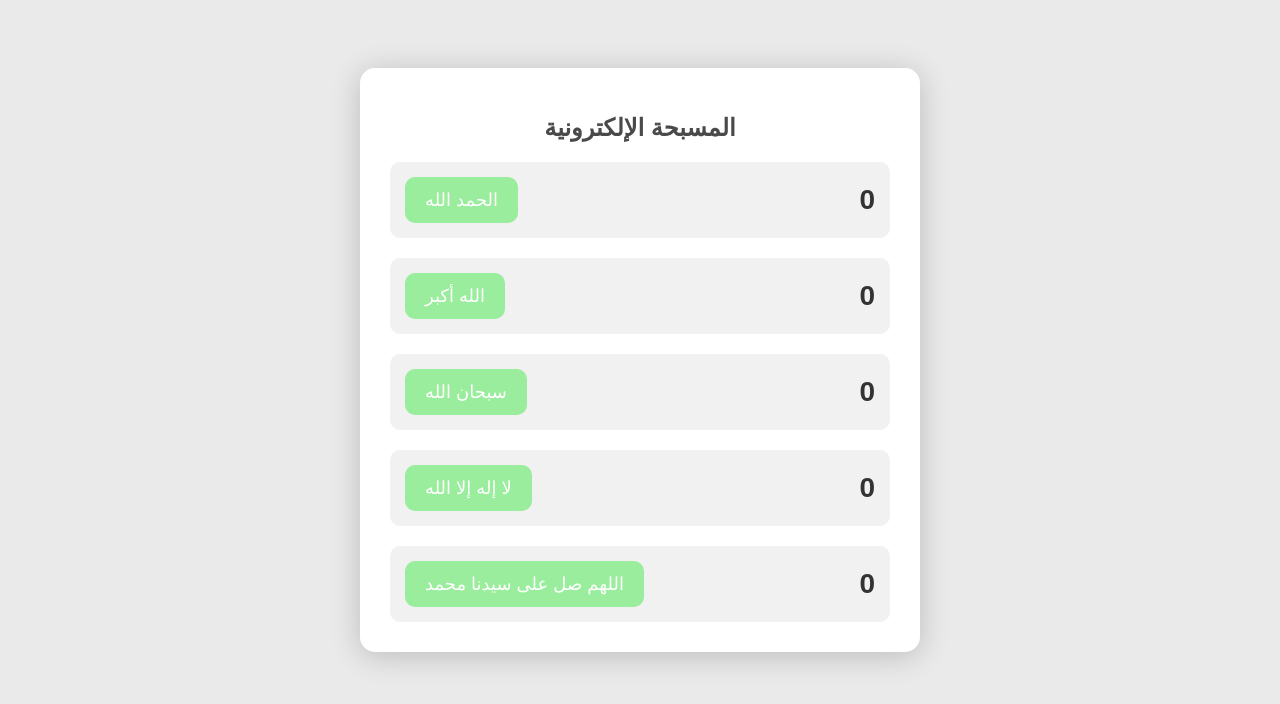
Repository: ShahdKItany/Electronic-Rosary
Page: index.html
An editor plug-in stored every save of this project. The page is shown before and after a run of saves, followed by the edit.
The browser window is 1280 px wide. The pictures show the whole page.

Above is the page before, as saved 2024-10-23 00:53:34.

After the next 3 saves:
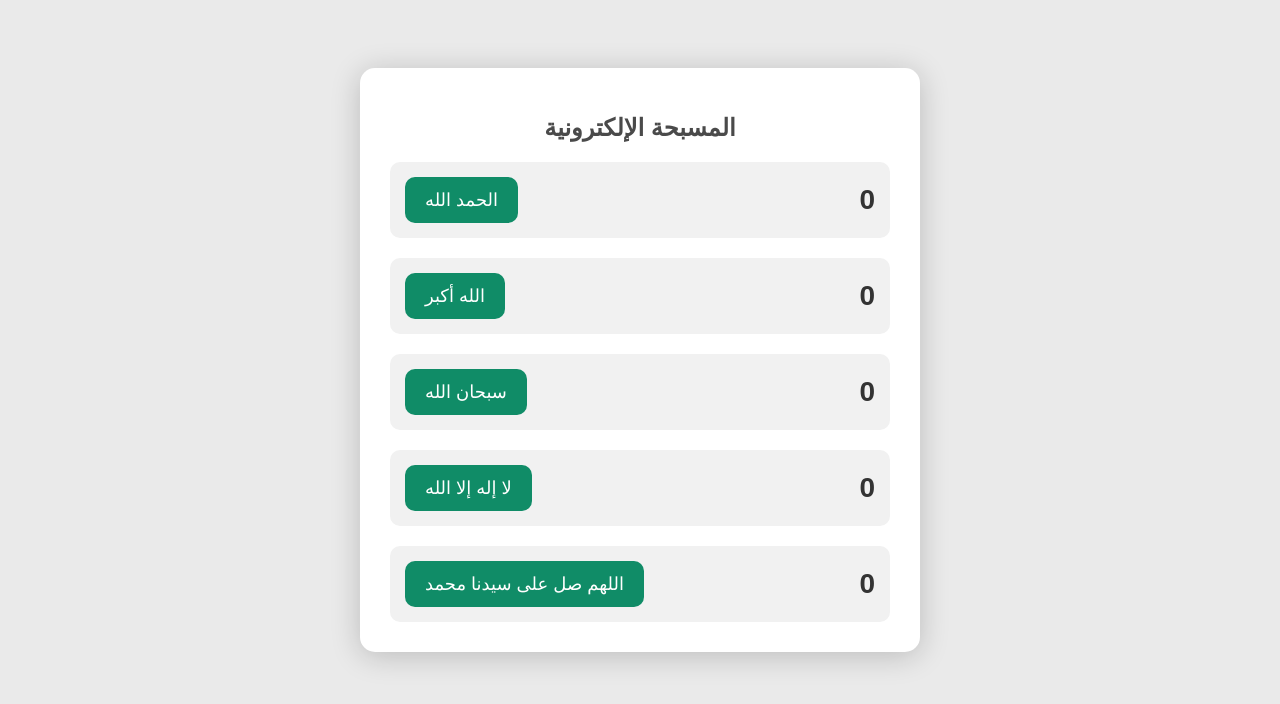
The 3 saves are shown as one change because they came seconds apart.
The last was saved 17 s later.
--- a/styles.css
+++ b/styles.css
@@ -46,7 +46,7 @@ body {
   }
 
   button {
-    background-color: #9aed9d;
+    background-color: #108c67;
     color: white;
     border: none;
     border-radius: 10px;
@@ -57,7 +57,7 @@ body {
   }
 
   button:hover {
-    background-color: #108c67;
+    background-color: #9aed9d;
     transform: translateY(-2px);
   }
 
